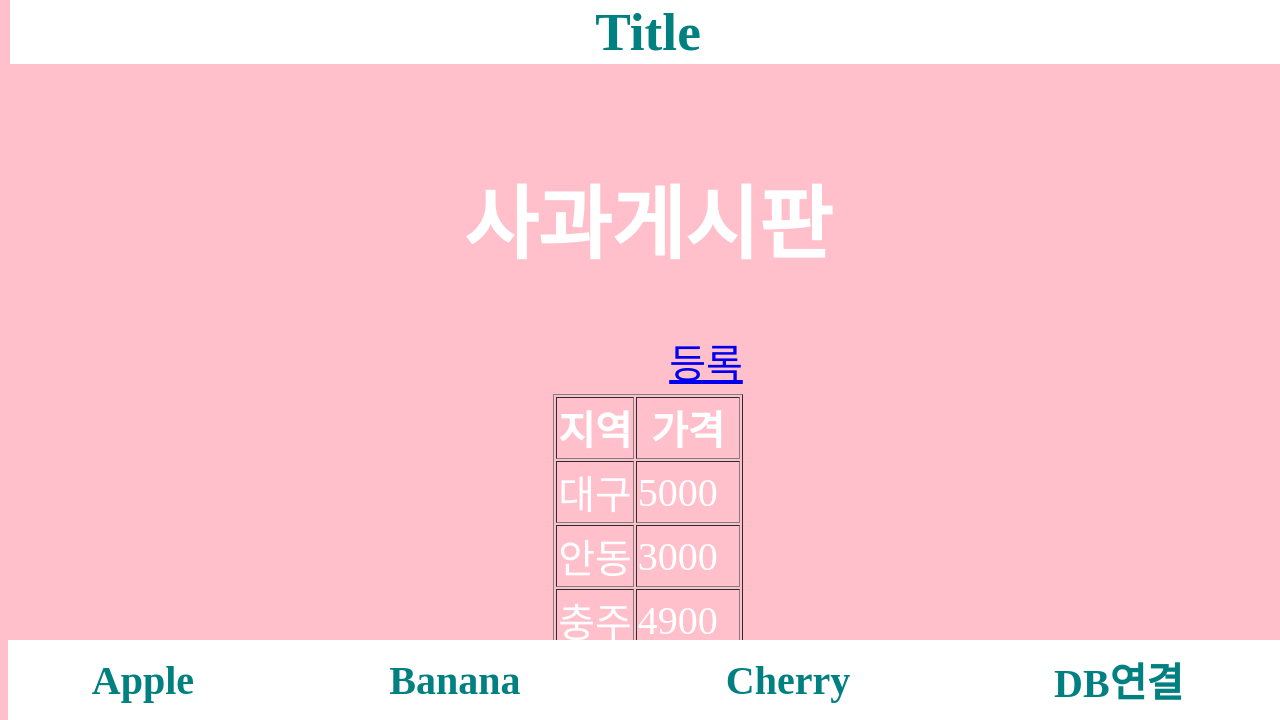
Repository: kmw7691/Soldesk
Page: http://localhost/Nov17_1_DSP_DB/AppleController
These files come from the project's save history. The page is drawn as it stood at one moment and after the next save; the edit follows.
The browser window is 1280 px wide. The pictures show the whole page.
Some web fonts or font styles are not loaded; a fallback is used. The page is served by Tomcat 9.

Above is the page before, as saved 2023-11-17 05:39:51.

After the next save:
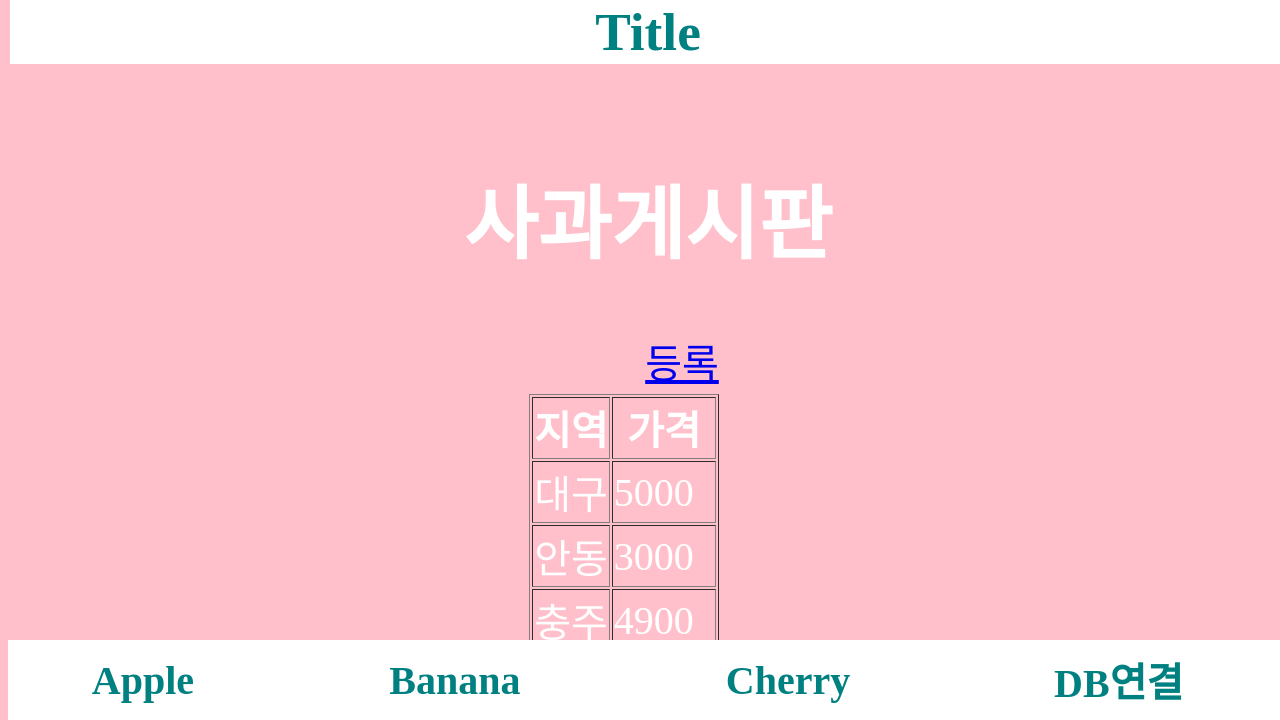
Saved 88 s later.
--- a/Nov17_1_DSP_DB/src/main/webapp/apple/apple.jsp
+++ b/Nov17_1_DSP_DB/src/main/webapp/apple/apple.jsp
@@ -37,6 +37,9 @@
 				</table>
 			</td>
 		</tr>
+		<tr>
+			<td><a href="#">1</a></td><td><a href="#">2</a></td><td><a href="#">3</a></td>
+		</tr>
 	</table>
 </body>
 </html>

After the 2 saves that followed:
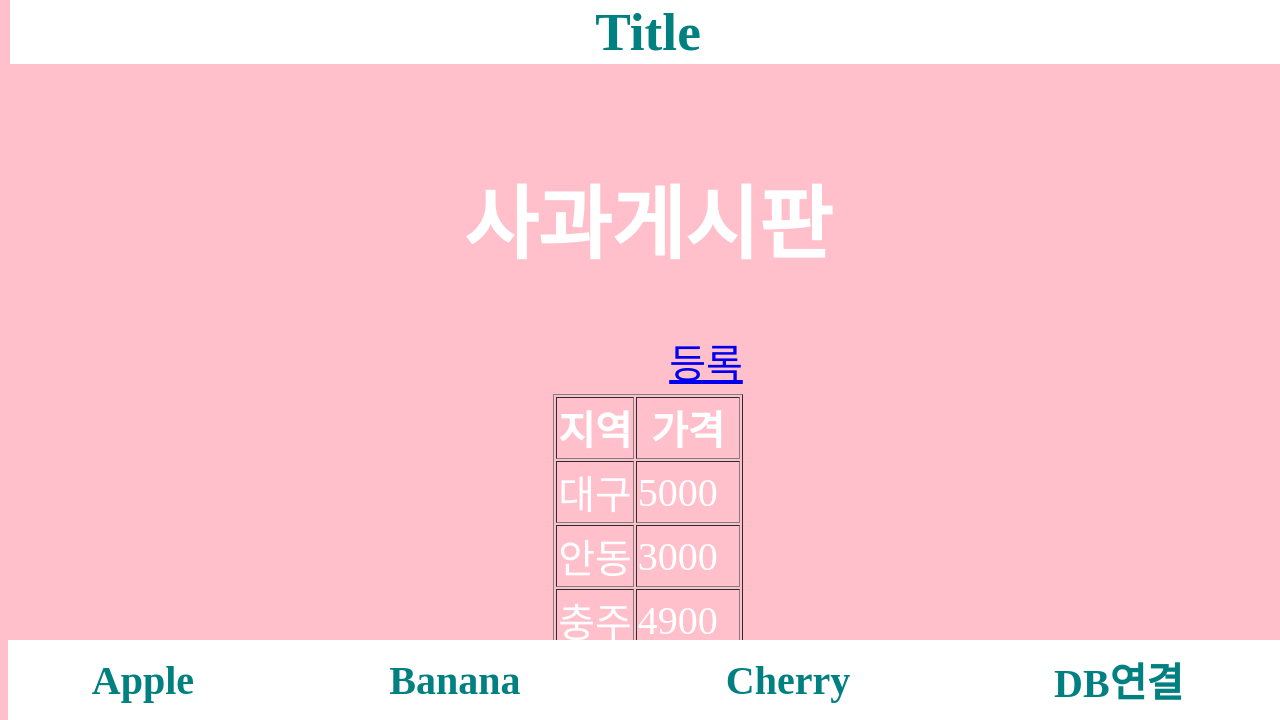
The 2 saves are shown as one change because 1 left the picture as it was.
The last was saved 57 s later.
--- a/Nov17_1_DSP_DB/src/main/webapp/apple/apple.jsp
+++ b/Nov17_1_DSP_DB/src/main/webapp/apple/apple.jsp
@@ -38,7 +38,9 @@
 			</td>
 		</tr>
 		<tr>
-			<td><a href="#">1</a></td><td><a href="#">2</a></td><td><a href="#">3</a></td>
+			<td align="center><a href="#">1</a>
+			<a href="#">2</a>
+			<a href="#">3</a></td>
 		</tr>
 	</table>
 </body>
